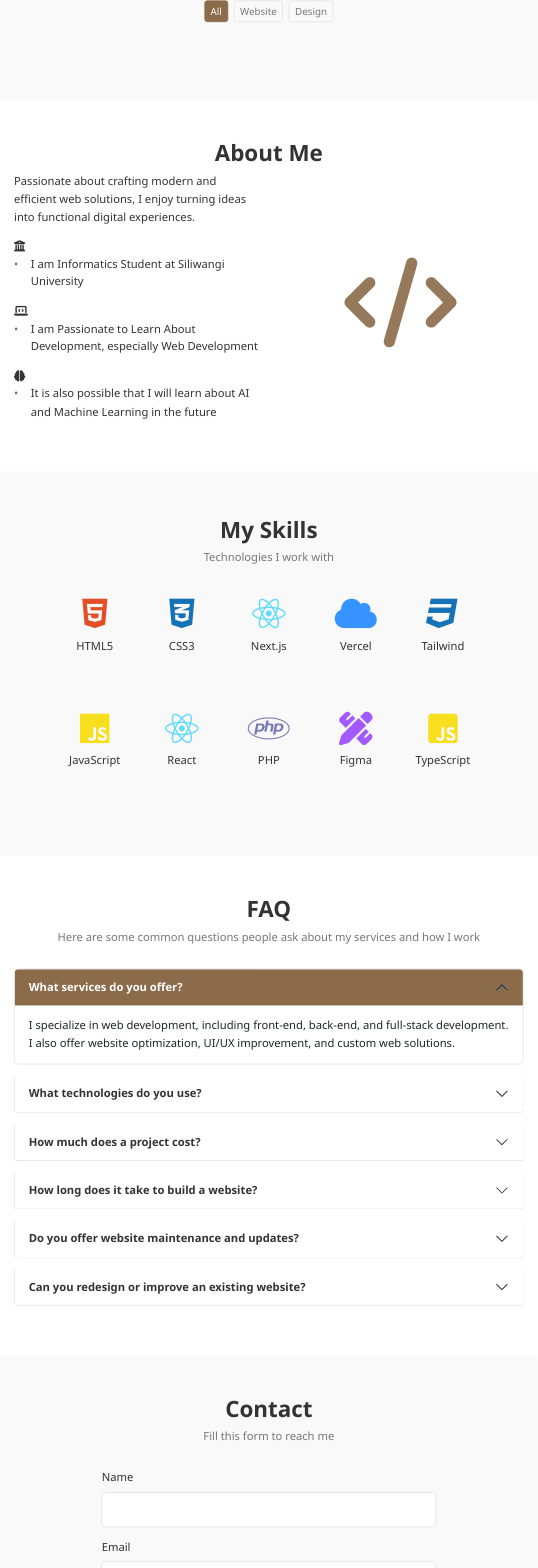
Repository: faridfirdaus-fred/portfolio-pweb
Page: index.html
An editor plug-in stored every save of this project. The page is shown before and after the next save, followed by the edit.
The browser window is 768 px wide. The pictures show the part of the page from y = 1082 to 3322 px (the page is 4272 px tall before and 4278 px after), at 70% of full size.

Above is the page before, as saved 2025-05-12 06:06:20.
Console error (its wording comes from the project's code and is left out).

After the next save:
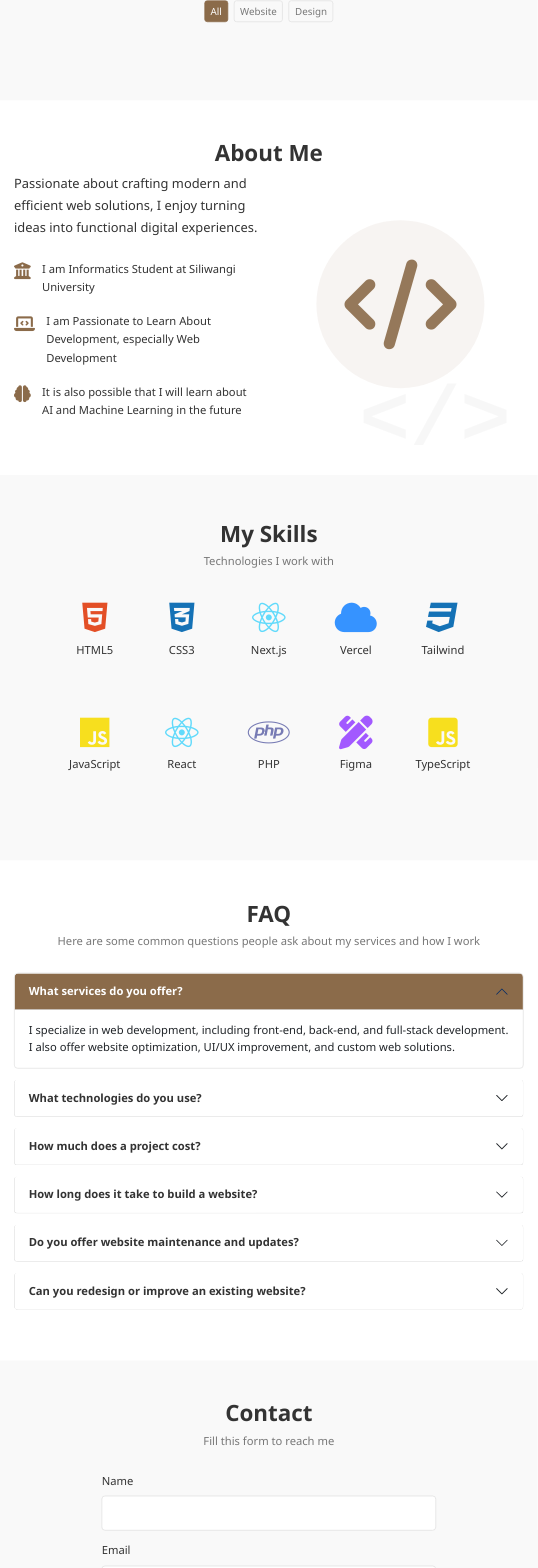
Saved 44 s later.
--- a/css/style.css
+++ b/css/style.css
@@ -208,39 +208,86 @@
 }
 
 /* About Section */
+/* About Section */
 .about-section {
   background-color: var(--white);
+  position: relative;
+  overflow: hidden;
+}
+
+.about-section::after {
+  content: "</>";
+  position: absolute;
+  bottom: -20px;
+  right: 5%;
+  font-size: 120px;
+  opacity: 0.03;
+  font-weight: bold;
+  font-family: monospace;
+}
+
+.about-intro {
+  font-size: 1.25rem;
+  margin-bottom: 2rem;
+  line-height: 1.7;
+  font-weight: 500;
+  color: var(--text-color);
+}
+
+.about-info {
+  margin-top: 2rem;
+}
+
+.about-info-item {
+  display: flex;
+  align-items: flex-start;
+  margin-bottom: 1.5rem;
+  transition: transform 0.3s ease;
+}
+
+.about-info-item:hover {
+  transform: translateX(5px);
+}
+
+.about-info-icon {
+  color: var(--primary-color);
+  font-size: 1.5rem;
+  margin-right: 1rem;
+  margin-top: 0.2rem;
 }
 
 .about-info p {
-  margin-bottom: 1rem;
+  margin-bottom: 0;
+  font-size: 1.1rem;
+  line-height: 1.6;
   position: relative;
-  padding-left: 1.5rem;
-}
-
-.about-info p:before {
-  content: "•";
-  position: absolute;
-  left: 0;
-  color: var(--primary-color);
-}
-
-.about-image {
-  max-width: 80%;
-  height: auto;
-}
+}
+
 .about-icon-container {
   display: flex;
   justify-content: center;
   align-items: center;
   height: 100%;
   padding: 2rem;
+  position: relative;
 }
 
 .about-icon {
   color: var(--primary-color);
   opacity: 0.9;
   transition: all 0.3s ease;
+  position: relative;
+  z-index: 2;
+}
+
+.about-icon-container::after {
+  content: "";
+  position: absolute;
+  width: 240px;
+  height: 240px;
+  background-color: rgba(139, 107, 74, 0.07);
+  border-radius: 50%;
+  z-index: 1;
 }
 
 .about-icon-container:hover .about-icon {
@@ -248,6 +295,15 @@
   color: #7a5c3d;
 }
 
+@media (max-width: 768px) {
+  .about-intro {
+    font-size: 1.15rem;
+  }
+
+  .about-info p {
+    font-size: 1rem;
+  }
+}
 /* Skills Section */
 .skills-section {
   background-color: var(--light-bg);
